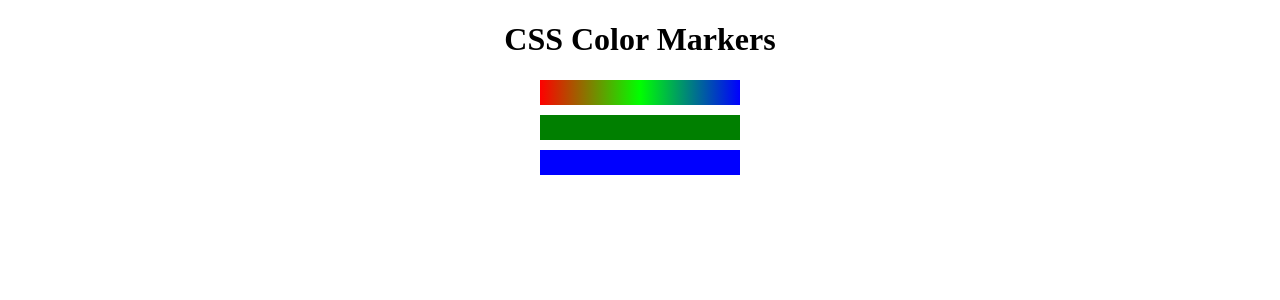
Repository: AimenDje/ColoredMarkers
Page: index.html
An editor plug-in stored every save of this project. The page is shown before and after the next save, followed by the edit.
The browser window is 1280 px wide. The pictures show the whole page.

Above is the page before, as saved 2025-05-09 01:26:11.

### index.html
<!DOCTYPE html>
<html lang="en">
    <head>
        <meta charset="utf-8">
        <meta name="viewport" content="width=device-width, initial-scale=1.0">
        <link rel="stylesheet" href="styles.css">
        <title>Colored Markers</title>
    </head>
    <body>
        <h1>CSS Color Markers</h1>
        <div class="container">
            <div class="marker red">
            </div>
            <div class="marker green">
            </div>
            <div class="marker blue">
            </div>
        </div>
      </body>
</html>

### styles.css
h1 {
    text-align:center;
}

.marker {
    width: 200px;
    height: 25px;
    margin: 10px auto;
  }

.red {
  background: linear-gradient(90deg, rgb(255, 0, 0), rgb(0, 255, 0), rgb(0,0,255));
}

.green {
    background-color: #007F00;
}

.blue {
    background-color: hsl(240, 100%, 50%);
}

After the next save:
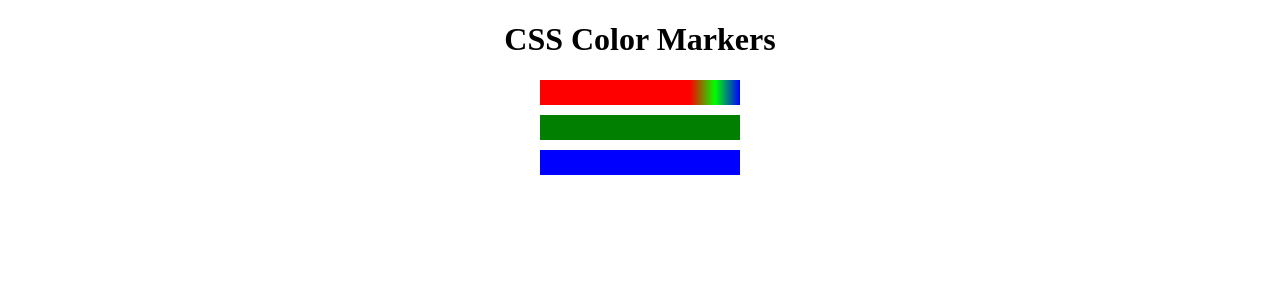
Saved 9 min 51 s later.
--- a/styles.css
+++ b/styles.css
@@ -9,7 +9,7 @@
   }
 
 .red {
-  background: linear-gradient(90deg, rgb(255, 0, 0), rgb(0, 255, 0), rgb(0,0,255));
+  background: linear-gradient(90deg, rgb(255, 0, 0) 75%,rgb(0, 255, 0), rgb(0, 0, 255));
 }
 
 .green {
